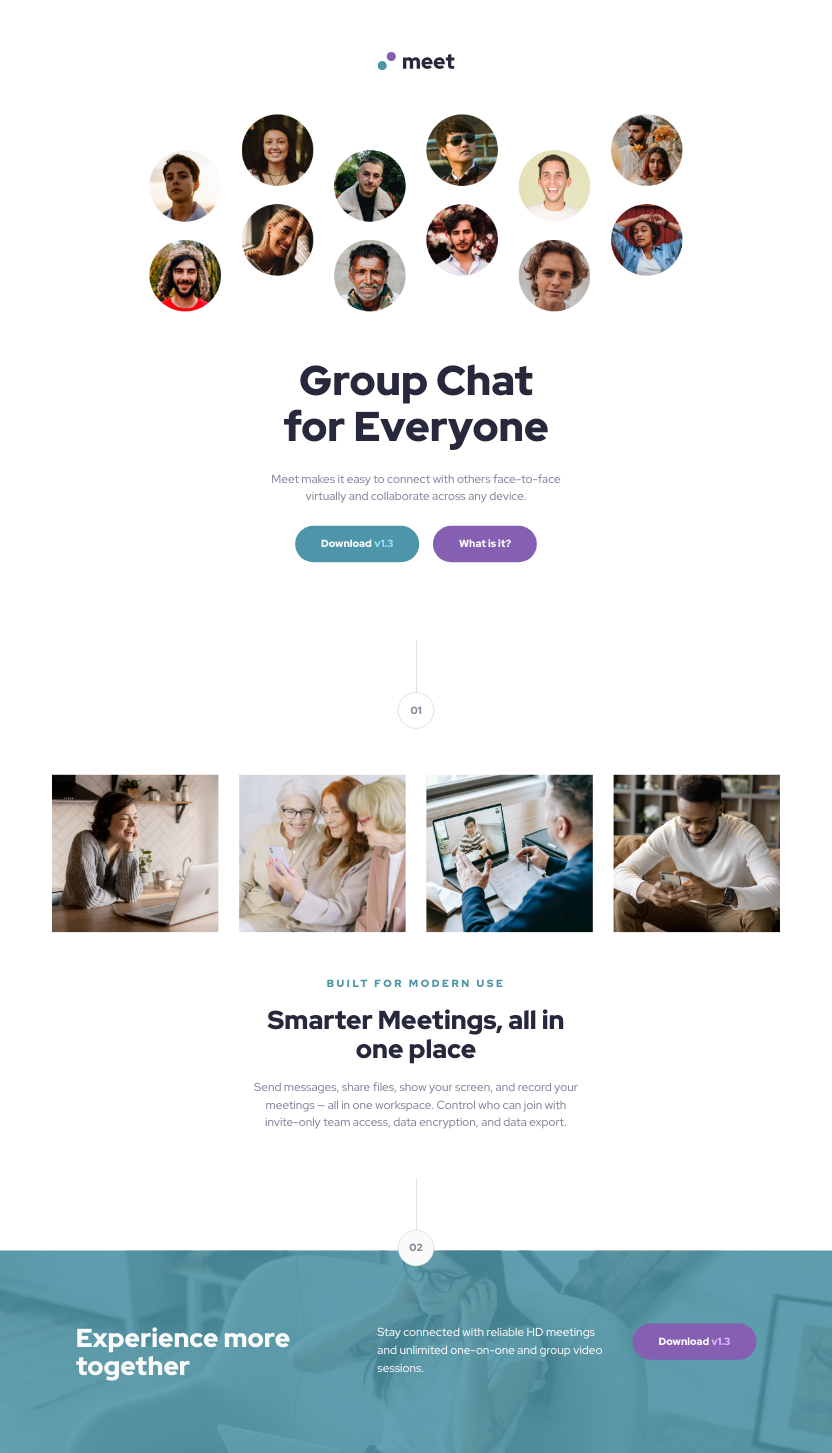
Repository: brandontaylor1/meet-landing-page
Page: index.html
An editor plug-in stored every save of this project. The page is shown before and after the next save, followed by the edit.
The browser window is 1280 px wide. The pictures show the whole page, at 65% of full size.

Above is the page before, as saved 2025-01-12 00:04:08.

After the next save:
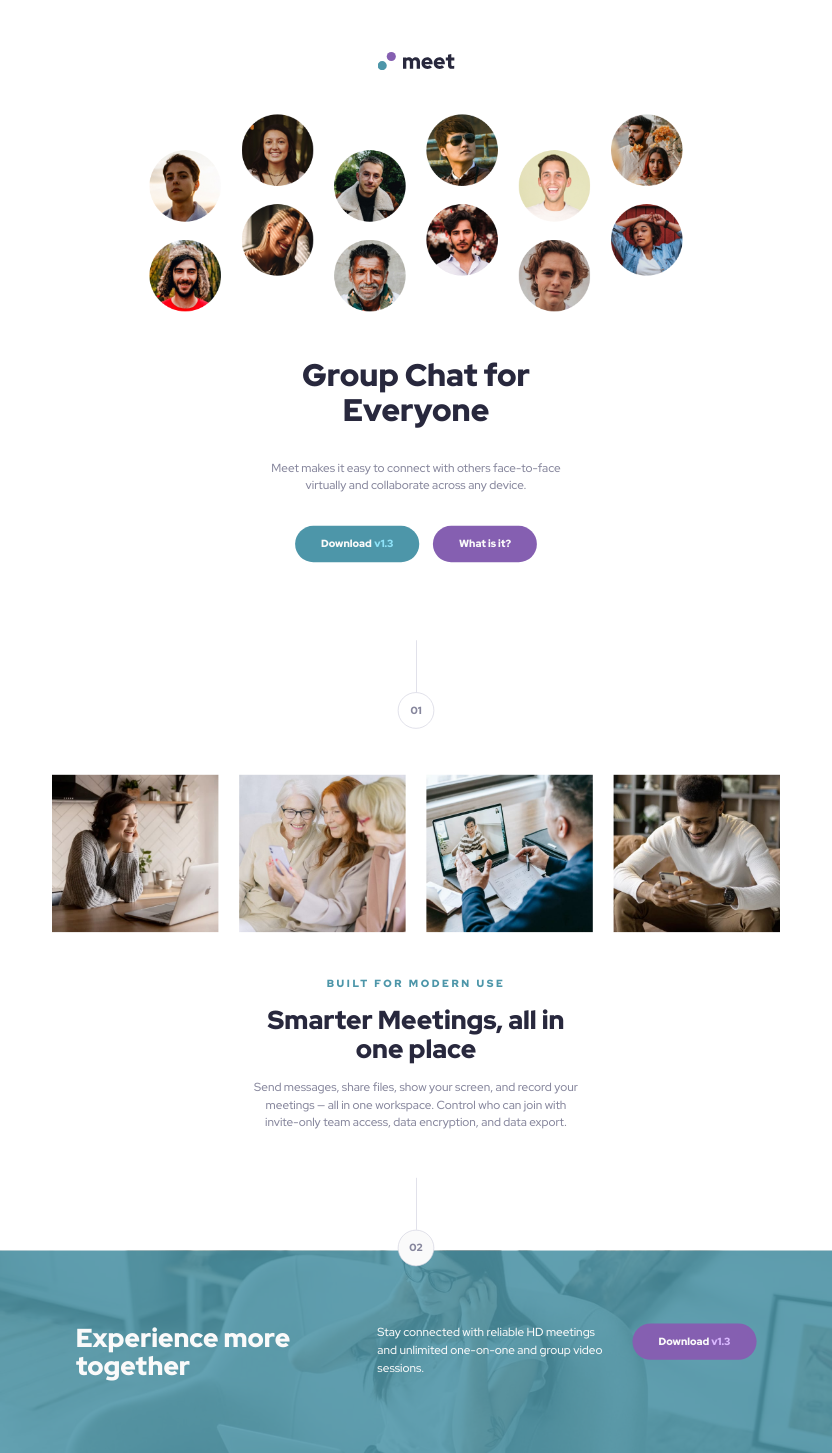
Saved 2 min 44 s later.
--- a/styles.css
+++ b/styles.css
@@ -282,11 +282,14 @@
         flex-direction: column;
         justify-content: space-between;
         align-items: center;
-
     }
 
     .hero-content {
         margin-top: 72px;
+    }
+
+    .hero-content h1 {
+        font-size: 3rem;
     }
 
     .hero-images {
